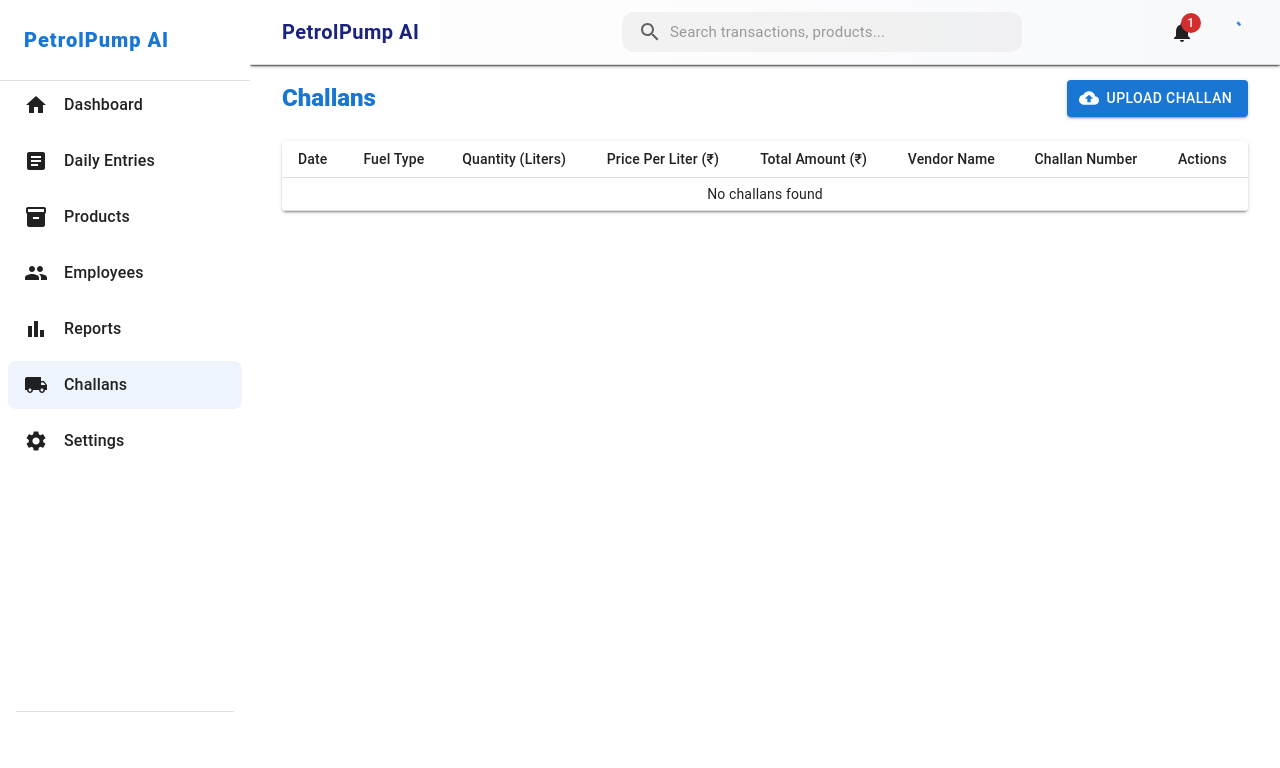
Repository: saquib0509/AI-Enabled-Retail-Management-
Page: /challans (app in frontend/)
An editor plug-in stored every save of this project. The page is shown before and after a run of saves, followed by the edit.
The browser window is 1280 px wide. The pictures show the whole page.
The page's requests for data from a server got no answer. The project was rebuilt for these pictures with package versions that can differ from the ones it lists, and the page was loaded fresh each time. No one was signed in, and anything a server would have sent is missing. Also part of the build but not shown: frontend/vite.config.ts, frontend/src/pages/Dashboard.tsx, frontend/src/components/DailyEntryForm.tsx, frontend/src/components/DailyEntryList.tsx, frontend/src/pages/DailyEntries.tsx, frontend/src/components/EmployeeList.tsx, frontend/src/components/EmployeeForm.tsx, frontend/src/components/EmployeeAttendance.tsx and 12 more.

Above is the page before, as saved 2025-11-09 12:53:27.

After the next 2 saves:
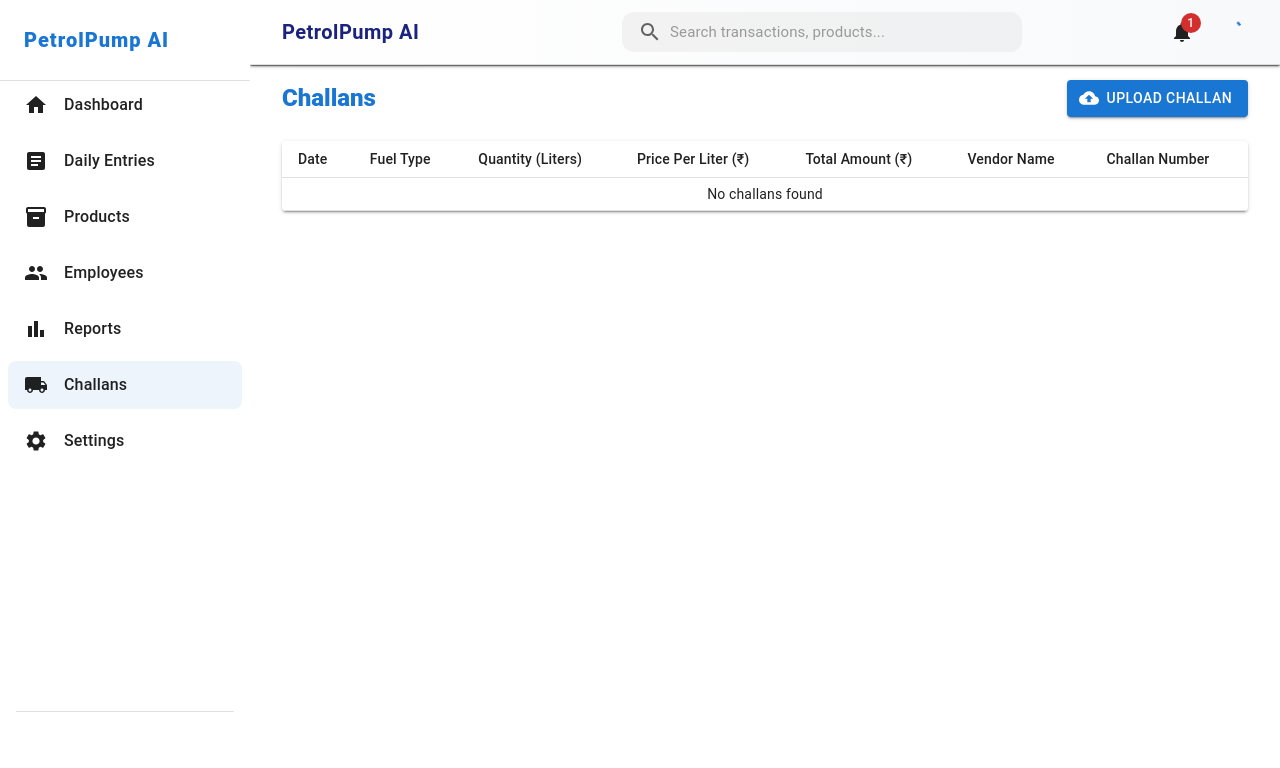
The 2 saves are shown as one change because they came seconds apart.
The last was saved 55 s later.
--- a/frontend/src/pages/Challans.tsx
+++ b/frontend/src/pages/Challans.tsx
@@ -1,7 +1,7 @@
 import { useState, useEffect } from 'react';
 import {
   Box, Paper, Table, TableContainer, TableHead, TableRow, TableBody, TableCell,
-  Typography, Button, Dialog, DialogActions, DialogContent, DialogTitle, TextField,
+  Typography, Button, Dialog, DialogActions, DialogContent, DialogTitle,
   Snackbar, Alert, Stack, LinearProgress
 } from '@mui/material';
 import CloudUploadIcon from '@mui/icons-material/CloudUpload';
@@ -11,16 +11,14 @@
   const [challans, setChallans] = useState([]);
   const [loading, setLoading] = useState(false);
   const [dialogOpen, setDialogOpen] = useState(false);
-  const [editDialogOpen, setEditDialogOpen] = useState(false);
   const [file, setFile] = useState(null);
   const [uploading, setUploading] = useState(false);
-  const [editChallan, setEditChallan] = useState(null);
   const [snack, setSnack] = useState({open:false, msg:'', severity:"success"});
 
   const fetchChallans = async () => {
     setLoading(true);
     try {
-      const res = await api.get('/challans/recent');
+      const res = await api.get('/challans/recent');  // fetch last 7 challans
       setChallans(res.data);
     } catch {
       setSnack({open:true, msg:'Failed to fetch challans', severity:"error"});
@@ -32,7 +30,6 @@
     fetchChallans();
   }, []);
 
-  // Upload handlers
   const handleDialogOpen = () => setDialogOpen(true);
   const handleDialogClose = () => { setDialogOpen(false); setFile(null); };
   const handleFileChange = e => setFile(e.target.files[0]);
@@ -54,38 +51,6 @@
     setUploading(false);
   };
 
-  // Edit handlers
-  const openEditDialog = (challan) => {
-    setEditChallan(challan);
-    setEditDialogOpen(true);
-  };
-  const closeEditDialog = () => {
-    setEditDialogOpen(false);
-    setEditChallan(null);
-  };
-  const handleEditSave = async () => {
-    try {
-      await api.put(`/challans/${editChallan.id}`, editChallan);
-      setSnack({open:true, msg:'Challan updated', severity:"success"});
-      closeEditDialog();
-      fetchChallans();
-    } catch {
-      setSnack({open:true, msg:'Failed to update challan', severity:"error"});
-    }
-  };
-
-  // Delete handler
-  const handleDelete = async (id) => {
-    if (!window.confirm("Are you sure to delete this challan?")) return;
-    try {
-      await api.delete(`/challans/${id}`);
-      setSnack({open:true, msg:'Challan deleted', severity:"success"});
-      fetchChallans();
-    } catch {
-      setSnack({open:true, msg:'Failed to delete challan', severity:"error"});
-    }
-  };
-
   return (
     <Box>
       <Stack direction="row" alignItems="center" justifyContent="space-between" sx={{ mb: 3 }}>
@@ -103,7 +68,6 @@
               <TableCell>Total Amount (₹)</TableCell>
               <TableCell>Vendor Name</TableCell>
               <TableCell>Challan Number</TableCell>
-              <TableCell>Actions</TableCell>
             </TableRow>
           </TableHead>
           <TableBody>
@@ -116,25 +80,24 @@
                 <TableCell>{c.totalAmount}</TableCell>
                 <TableCell>{c.vendorName}</TableCell>
                 <TableCell>{c.challanNumber}</TableCell>
-                <TableCell>
-                  <Button size="small" onClick={() => openEditDialog(c)}>Edit</Button>
-                  <Button size="small" color="error" onClick={() => handleDelete(c.id)}>Delete</Button>
-                </TableCell>
               </TableRow>
             ))}
-            {loading && (<TableRow><TableCell colSpan={8} align="center">Loading...</TableCell></TableRow>)}
-            {!loading && challans.length === 0 && (<TableRow><TableCell colSpan={8} align="center">No challans found</TableCell></TableRow>)}
+            {loading && (
+              <TableRow><TableCell colSpan={7} align="center">Loading...</TableCell></TableRow>
+            )}
+            {!loading && challans.length === 0 && (
+              <TableRow><TableCell colSpan={7} align="center">No challans found</TableCell></TableRow>
+            )}
           </TableBody>
         </Table>
       </TableContainer>
-
       {/* Upload Dialog */}
       <Dialog open={dialogOpen} onClose={handleDialogClose}>
         <form onSubmit={handleUpload}>
           <DialogTitle>Upload Challan</DialogTitle>
-          <DialogContent sx={{ minWidth: 300 }}>
-            {uploading && <LinearProgress sx={{ mb: 2 }} />}
-            <Button component="label" variant={file ? 'contained' : 'outlined'} fullWidth disabled={uploading} sx={{ my: 1 }}>
+          <DialogContent sx={{minWidth:300}}>
+            {uploading && <LinearProgress sx={{mb:2}} />}
+            <Button component="label" variant={file ? 'contained' : 'outlined'} fullWidth disabled={uploading} sx={{ my:1 }}>
               {file ? file.name : 'Choose File'}
               <input type="file" accept="application/pdf,image/*" onChange={handleFileChange} hidden disabled={uploading} />
             </Button>
@@ -145,58 +108,7 @@
           </DialogActions>
         </form>
       </Dialog>
-
-      {/* Edit Dialog */}
-      <Dialog open={editDialogOpen} onClose={closeEditDialog}>
-        <DialogTitle>Edit Challan</DialogTitle>
-        <DialogContent sx={{ minWidth: 300 }}>
-          <TextField
-            label="Fuel Type"
-            value={editChallan?.fuelType || ''}
-            onChange={e => setEditChallan({ ...editChallan, fuelType: e.target.value })}
-            fullWidth margin="normal"
-          />
-          <TextField
-            label="Quantity(Lts)"
-            type="number"
-            value={editChallan?.quantity || ''}
-            onChange={e => setEditChallan({ ...editChallan, quantity: parseFloat(e.target.value) })}
-            fullWidth margin="normal"
-          />
-          <TextField
-            label="Price per KL"
-            type="number"
-            value={editChallan?.pricePerLiter || ''}
-            onChange={e => setEditChallan({ ...editChallan, pricePerLiter: parseFloat(e.target.value) })}
-            fullWidth margin="normal"
-          />
-          <TextField
-            label="Total Amount"
-            type="number"
-            value={editChallan?.totalAmount || ''}
-            onChange={e => setEditChallan({ ...editChallan, totalAmount: parseFloat(e.target.value) })}
-            fullWidth margin="normal"
-          />
-          <TextField
-            label="Vendor Name"
-            value={editChallan?.vendorName || ''}
-            onChange={e => setEditChallan({ ...editChallan, vendorName: e.target.value })}
-            fullWidth margin="normal"
-          />
-          <TextField
-            label="Challan Number"
-            value={editChallan?.challanNumber || ''}
-            onChange={e => setEditChallan({ ...editChallan, challanNumber: e.target.value })}
-            fullWidth margin="normal"
-          />
-        </DialogContent>
-        <DialogActions>
-          <Button onClick={closeEditDialog}>Cancel</Button>
-          <Button variant="contained" onClick={handleEditSave}>Save</Button>
-        </DialogActions>
-      </Dialog>
-
-      <Snackbar open={snack.open} autoHideDuration={3000} onClose={() => setSnack(s => ({ ...s, open: false }))} anchorOrigin={{ vertical: 'top', horizontal: 'center' }}>
+      <Snackbar open={snack.open} autoHideDuration={3000} onClose={() => setSnack(s => ({...s,open:false}))} anchorOrigin={{ vertical:'top', horizontal:'center' }}>
         <Alert severity={snack.severity} variant='filled' sx={{ width: '100%' }}>{snack.msg}</Alert>
       </Snackbar>
     </Box>

After the save that followed:
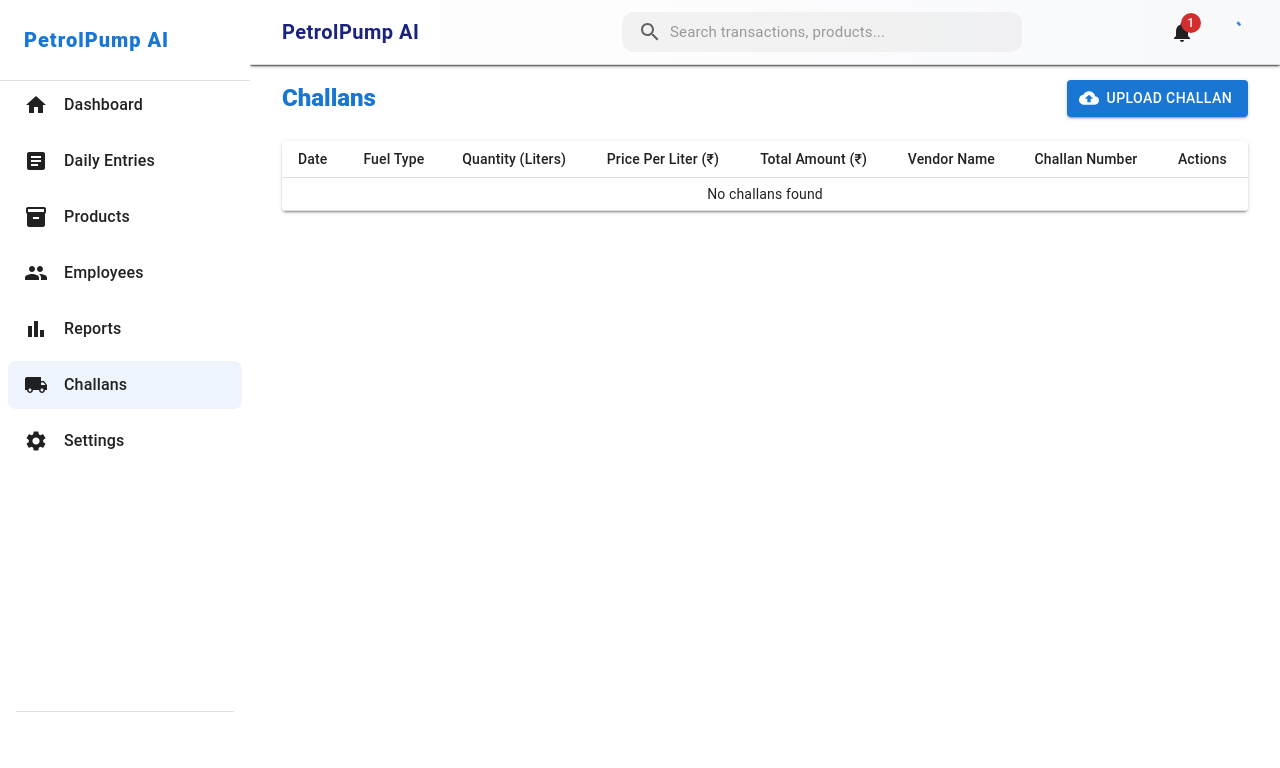
Saved 4 s later.
--- a/frontend/src/pages/Challans.tsx
+++ b/frontend/src/pages/Challans.tsx
@@ -1,7 +1,7 @@
 import { useState, useEffect } from 'react';
 import {
   Box, Paper, Table, TableContainer, TableHead, TableRow, TableBody, TableCell,
-  Typography, Button, Dialog, DialogActions, DialogContent, DialogTitle,
+  Typography, Button, Dialog, DialogActions, DialogContent, DialogTitle, TextField,
   Snackbar, Alert, Stack, LinearProgress
 } from '@mui/material';
 import CloudUploadIcon from '@mui/icons-material/CloudUpload';
@@ -11,14 +11,16 @@
   const [challans, setChallans] = useState([]);
   const [loading, setLoading] = useState(false);
   const [dialogOpen, setDialogOpen] = useState(false);
+  const [editDialogOpen, setEditDialogOpen] = useState(false);
   const [file, setFile] = useState(null);
   const [uploading, setUploading] = useState(false);
+  const [editChallan, setEditChallan] = useState(null);
   const [snack, setSnack] = useState({open:false, msg:'', severity:"success"});
 
   const fetchChallans = async () => {
     setLoading(true);
     try {
-      const res = await api.get('/challans/recent');  // fetch last 7 challans
+      const res = await api.get('/challans/recent');
       setChallans(res.data);
     } catch {
       setSnack({open:true, msg:'Failed to fetch challans', severity:"error"});
@@ -30,6 +32,7 @@
     fetchChallans();
   }, []);
 
+  // Upload handlers
   const handleDialogOpen = () => setDialogOpen(true);
   const handleDialogClose = () => { setDialogOpen(false); setFile(null); };
   const handleFileChange = e => setFile(e.target.files[0]);
@@ -49,6 +52,38 @@
       setSnack({open:true, msg:'Failed to upload challan', severity:"error"});
     }
     setUploading(false);
+  };
+
+  // Edit handlers
+  const openEditDialog = (challan) => {
+    setEditChallan(challan);
+    setEditDialogOpen(true);
+  };
+  const closeEditDialog = () => {
+    setEditDialogOpen(false);
+    setEditChallan(null);
+  };
+  const handleEditSave = async () => {
+    try {
+      await api.put(`/challans/${editChallan.id}`, editChallan);
+      setSnack({open:true, msg:'Challan updated', severity:"success"});
+      closeEditDialog();
+      fetchChallans();
+    } catch {
+      setSnack({open:true, msg:'Failed to update challan', severity:"error"});
+    }
+  };
+
+  // Delete handler
+  const handleDelete = async (id) => {
+    if (!window.confirm("Are you sure to delete this challan?")) return;
+    try {
+      await api.delete(`/challans/${id}`);
+      setSnack({open:true, msg:'Challan deleted', severity:"success"});
+      fetchChallans();
+    } catch {
+      setSnack({open:true, msg:'Failed to delete challan', severity:"error"});
+    }
   };
 
   return (
@@ -68,6 +103,7 @@
               <TableCell>Total Amount (₹)</TableCell>
               <TableCell>Vendor Name</TableCell>
               <TableCell>Challan Number</TableCell>
+              <TableCell>Actions</TableCell>
             </TableRow>
           </TableHead>
           <TableBody>
@@ -80,24 +116,25 @@
                 <TableCell>{c.totalAmount}</TableCell>
                 <TableCell>{c.vendorName}</TableCell>
                 <TableCell>{c.challanNumber}</TableCell>
+                <TableCell>
+                  <Button size="small" onClick={() => openEditDialog(c)}>Edit</Button>
+                  <Button size="small" color="error" onClick={() => handleDelete(c.id)}>Delete</Button>
+                </TableCell>
               </TableRow>
             ))}
-            {loading && (
-              <TableRow><TableCell colSpan={7} align="center">Loading...</TableCell></TableRow>
-            )}
-            {!loading && challans.length === 0 && (
-              <TableRow><TableCell colSpan={7} align="center">No challans found</TableCell></TableRow>
-            )}
+            {loading && (<TableRow><TableCell colSpan={8} align="center">Loading...</TableCell></TableRow>)}
+            {!loading && challans.length === 0 && (<TableRow><TableCell colSpan={8} align="center">No challans found</TableCell></TableRow>)}
           </TableBody>
         </Table>
       </TableContainer>
+
       {/* Upload Dialog */}
       <Dialog open={dialogOpen} onClose={handleDialogClose}>
         <form onSubmit={handleUpload}>
           <DialogTitle>Upload Challan</DialogTitle>
-          <DialogContent sx={{minWidth:300}}>
-            {uploading && <LinearProgress sx={{mb:2}} />}
-            <Button component="label" variant={file ? 'contained' : 'outlined'} fullWidth disabled={uploading} sx={{ my:1 }}>
+          <DialogContent sx={{ minWidth: 300 }}>
+            {uploading && <LinearProgress sx={{ mb: 2 }} />}
+            <Button component="label" variant={file ? 'contained' : 'outlined'} fullWidth disabled={uploading} sx={{ my: 1 }}>
               {file ? file.name : 'Choose File'}
               <input type="file" accept="application/pdf,image/*" onChange={handleFileChange} hidden disabled={uploading} />
             </Button>
@@ -108,7 +145,58 @@
           </DialogActions>
         </form>
       </Dialog>
-      <Snackbar open={snack.open} autoHideDuration={3000} onClose={() => setSnack(s => ({...s,open:false}))} anchorOrigin={{ vertical:'top', horizontal:'center' }}>
+
+      {/* Edit Dialog */}
+      <Dialog open={editDialogOpen} onClose={closeEditDialog}>
+        <DialogTitle>Edit Challan</DialogTitle>
+        <DialogContent sx={{ minWidth: 300 }}>
+          <TextField
+            label="Fuel Type"
+            value={editChallan?.fuelType || ''}
+            onChange={e => setEditChallan({ ...editChallan, fuelType: e.target.value })}
+            fullWidth margin="normal"
+          />
+          <TextField
+            label="Quantity"
+            type="number"
+            value={editChallan?.quantity || ''}
+            onChange={e => setEditChallan({ ...editChallan, quantity: parseFloat(e.target.value) })}
+            fullWidth margin="normal"
+          />
+          <TextField
+            label="Price Per Liter"
+            type="number"
+            value={editChallan?.pricePerLiter || ''}
+            onChange={e => setEditChallan({ ...editChallan, pricePerLiter: parseFloat(e.target.value) })}
+            fullWidth margin="normal"
+          />
+          <TextField
+            label="Total Amount"
+            type="number"
+            value={editChallan?.totalAmount || ''}
+            onChange={e => setEditChallan({ ...editChallan, totalAmount: parseFloat(e.target.value) })}
+            fullWidth margin="normal"
+          />
+          <TextField
+            label="Vendor Name"
+            value={editChallan?.vendorName || ''}
+            onChange={e => setEditChallan({ ...editChallan, vendorName: e.target.value })}
+            fullWidth margin="normal"
+          />
+          <TextField
+            label="Challan Number"
+            value={editChallan?.challanNumber || ''}
+            onChange={e => setEditChallan({ ...editChallan, challanNumber: e.target.value })}
+            fullWidth margin="normal"
+          />
+        </DialogContent>
+        <DialogActions>
+          <Button onClick={closeEditDialog}>Cancel</Button>
+          <Button variant="contained" onClick={handleEditSave}>Save</Button>
+        </DialogActions>
+      </Dialog>
+
+      <Snackbar open={snack.open} autoHideDuration={3000} onClose={() => setSnack(s => ({ ...s, open: false }))} anchorOrigin={{ vertical: 'top', horizontal: 'center' }}>
         <Alert severity={snack.severity} variant='filled' sx={{ width: '100%' }}>{snack.msg}</Alert>
       </Snackbar>
     </Box>
